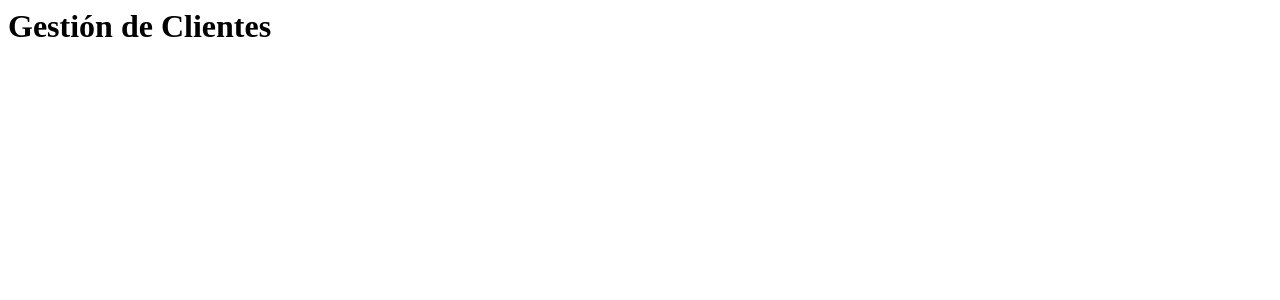
Repository: fgala1619/frontSistGestionBank
Page: index.html
The author's editor kept a copy of each file at every save. The page is drawn from the files as they stood at one save, then again after the next save.
The browser window is 1280 px wide. The pictures show the whole page.

Above is the page before, as saved 2023-07-08 21:53:54.

### index.html
<h1>Gestión de Clientes</h1>

<table>

</table>

After the next save:
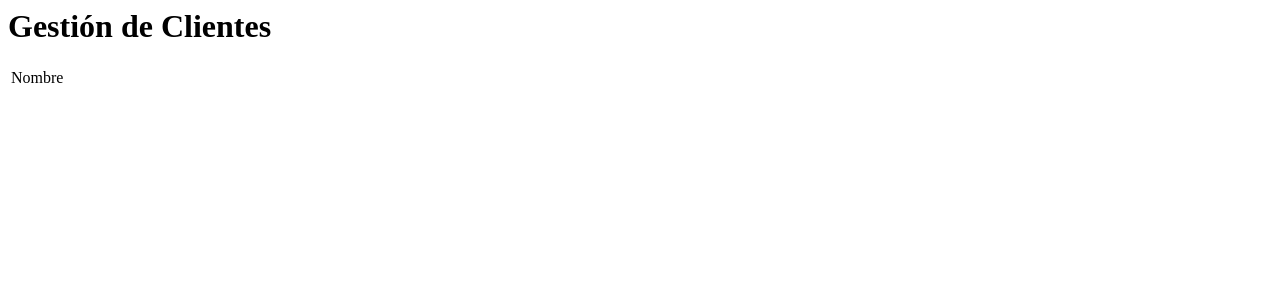
Saved 2 min 34 s later.
--- a/index.html
+++ b/index.html
@@ -1,5 +1,8 @@
 <h1>Gestión de Clientes</h1>
 
 <table>
+    <tr>
+        <td>Nombre</td>
 
+    </tr>
 </table>
